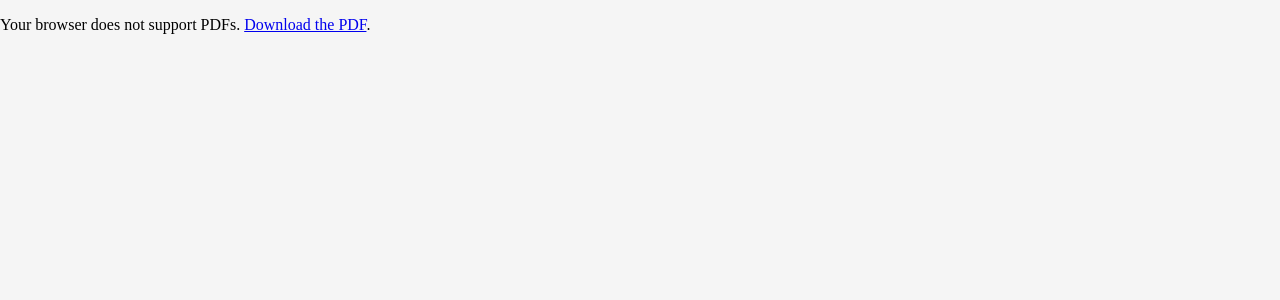
Repository: aaurdanet/Portfolio
Page: cv/resume_index.html
These files come from the project's save history. The page is drawn as it stood at one moment and after the next save; the edit follows.
The browser window is 1280 px wide. The pictures show the whole page.

Above is the page before, as saved 2024-10-28 09:33:07.

### cv/resume_index.html
<!DOCTYPE html>
<html lang="en">
<head>
    <meta charset="UTF-8">
    <meta name="viewport" content="width=device-width, initial-scale=1.0">
    <meta name="description" content="Resume">
    <link rel="icon" href="../static/assets/css/images/aulogo.jpg">
    <title>Antonio Urdaneta's Resume</title>
    <style>
        html, body {
            height: 100%;
            margin: 0;
            background-color: #f5f5f5;
        }

        .pdf-container {
            width: 100%;
            height: 100vh;
            display: flex;
            justify-content: center;
            align-items: center;
            padding: 0;
            margin: 0;
        }

        #pdf-object {
            border: none;
            width: 100vw;
            height: 100vh;
            overflow: hidden;
        }

        #pdf-object object {
            width: 100%;
            height: 100%;
            object-fit: contain;
        }

        @media (max-width: 768px) {
            #pdf-object {
                width: 90vw;
                height: 90vh;
            }
        }
    </style>
</head>
<body>
    <div class="pdf-container">
        <div id="pdf-object">
            <object id="pdf" type="application/pdf" data="resume.pdf" width="100%" height="100%">
                <p>Your browser does not support PDFs. <a href="resume.pdf">Download the PDF</a>.</p>
            </object>
        </div>
    </div>
</body>
</html>

After the next save:
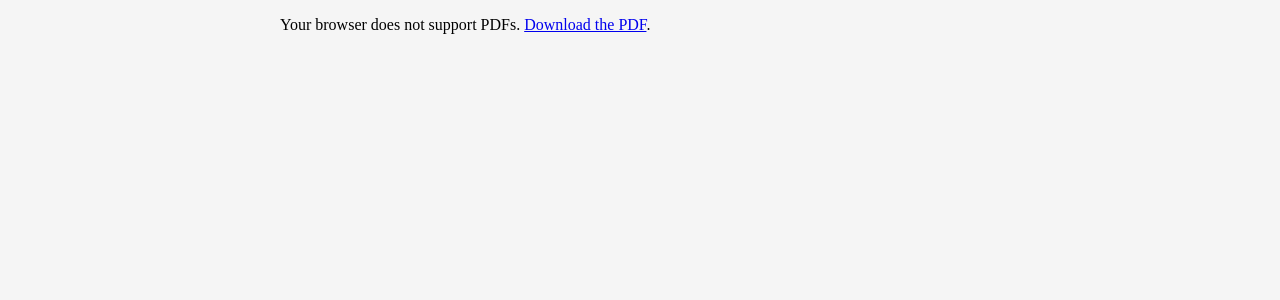
Saved 3 min 23 s later.
--- a/cv/resume_index.html
+++ b/cv/resume_index.html
@@ -3,7 +3,7 @@
 <head>
     <meta charset="UTF-8">
     <meta name="viewport" content="width=device-width, initial-scale=1.0">
-    <meta name="description" content="Resume">
+    <meta name="description" content="Antonio Urdaneta's Resume">
     <link rel="icon" href="../static/assets/css/images/aulogo.jpg">
     <title>Antonio Urdaneta's Resume</title>
     <style>
@@ -25,7 +25,7 @@
 
         #pdf-object {
             border: none;
-            width: 100vw;
+            width: 100vh;
             height: 100vh;
             overflow: hidden;
         }
